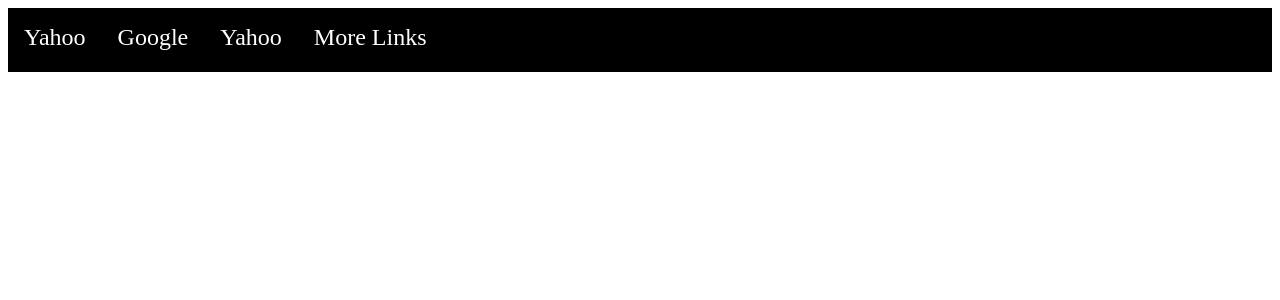
Repository: ChristianCain/ChristianCain.github.io
Page: index.html
The author's editor kept a record of every edit. The page is drawn from the files as they stood at one moment, then again after the next edit.
The browser window is 1280 px wide. The pictures show the whole page.

Above is the page before.

After the next edit:
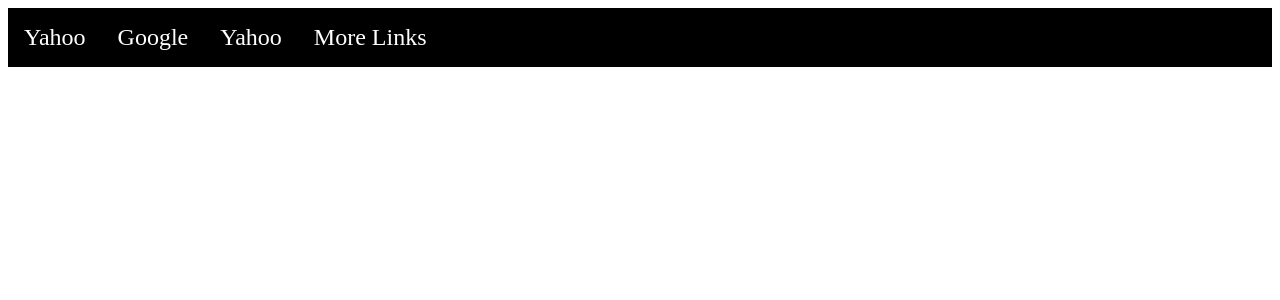
The edit:
--- a/index.html
+++ b/index.html
@@ -7,8 +7,7 @@
     <style>
       .navbar{
         background-color: black;
-        width: 100%;
-        height: 64px;
+        overflow: hidden;
       }
 
       .navbar a {
